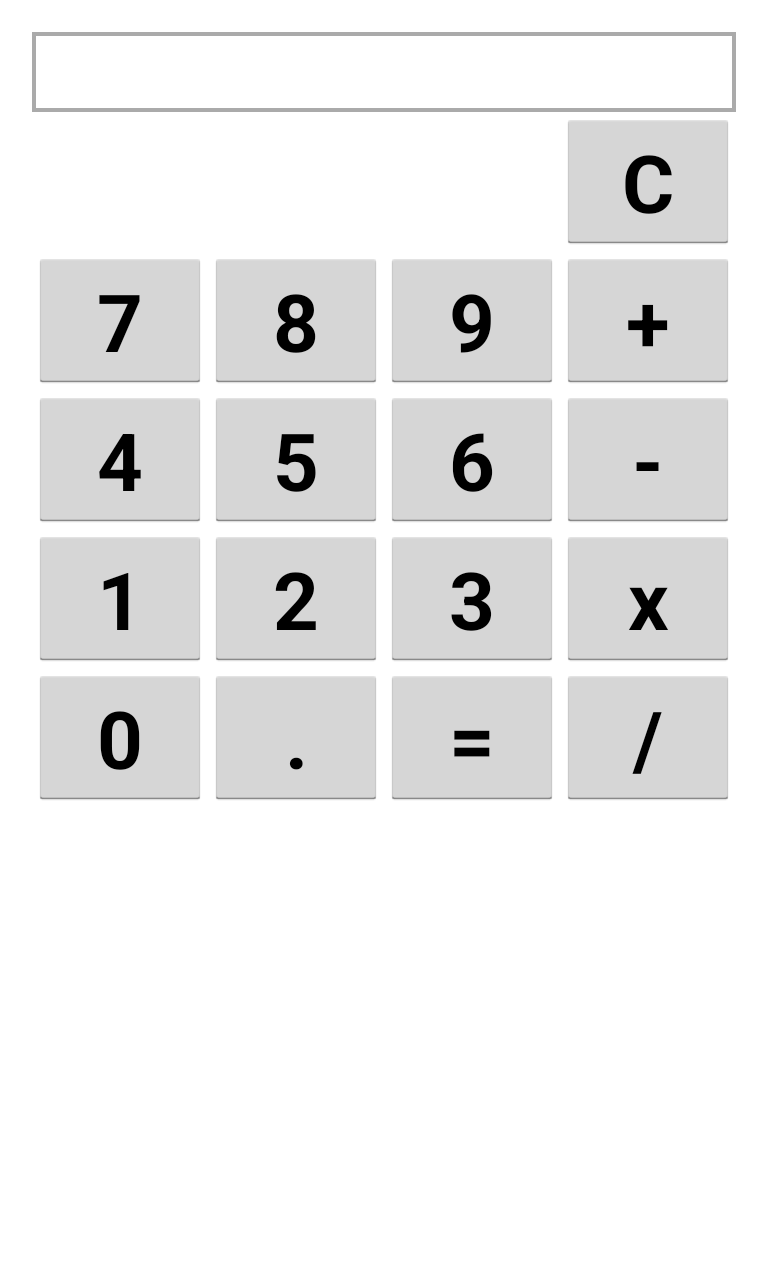
Repository: G3rcar/Android-I
Layout: SimpleCalculator/res/layout/activity_main.xml
The author's editor kept a copy of each file at every save. The layout is drawn from the files as they stood at one save, then again after the next save.
It is drawn on a 768 x 1280 px phone screen (xhdpi) without system bars, with theme AppTheme; the app's code is not run.

Above is the layout before, as saved 2013-11-09 18:10:12.

### SimpleCalculator/res/layout/activity_main.xml
<ScrollView xmlns:android="http://schemas.android.com/apk/res/android"
    xmlns:tools="http://schemas.android.com/tools"
    android:id="@+id/ScrollView1"
    android:layout_width="match_parent"
    android:layout_height="wrap_content"
    android:paddingBottom="@dimen/activity_vertical_margin"
    android:paddingLeft="@dimen/activity_horizontal_margin"
    android:paddingRight="@dimen/activity_horizontal_margin"
    android:paddingTop="@dimen/activity_vertical_margin" >

    <LinearLayout
        android:layout_width="match_parent"
        android:layout_height="wrap_content"
        android:orientation="vertical" >

        <TextView
            android:id="@+id/txvOperaciones"
            style="@style/operacionesTexto"
            android:layout_width="match_parent"
            android:layout_height="40dp" />

        <LinearLayout
            android:layout_width="match_parent"
            android:layout_height="wrap_content" >

            <TextView
                android:id="@+id/txvResultado"
                style="@style/resultadoNumero"
                android:layout_width="0dp"
                android:layout_weight="3"
                android:layout_height="match_parent" />

            <Button
                android:id="@+id/btnLimpiar"
                style="@style/botonNumero"
                android:layout_width="0dp"
                android:layout_height="wrap_content"
                android:layout_weight="1"
                android:text="@string/lblClear" />
        </LinearLayout>

        <LinearLayout
            android:layout_width="match_parent"
            android:layout_height="match_parent" >

            <Button
                android:id="@+id/btnSiete"
                style="@style/botonNumero"
                android:layout_width="0dp"
                android:layout_height="wrap_content"
                android:layout_weight="1"
                android:text="@string/lblNumSiete" />

            <Button
                android:id="@+id/btnOcho"
                style="@style/botonNumero"
                android:layout_width="0dp"
                android:layout_height="wrap_content"
                android:layout_weight="1"
                android:text="@string/lblNumOcho" />

            <Button
                android:id="@+id/btnNueve"
                style="@style/botonNumero"
                android:layout_width="0dp"
                android:layout_height="wrap_content"
                android:layout_weight="1"
                android:text="@string/lblNumNueve" />

            <Button
                android:id="@+id/btnMas"
                style="@style/botonNumero"
                android:layout_width="0dp"
                android:layout_height="wrap_content"
                android:layout_weight="1"
                android:text="@string/lblMas" />
        </LinearLayout>

        <LinearLayout
            android:layout_width="match_parent"
            android:layout_height="match_parent" >

            <Button
                android:id="@+id/btnCuatro"
                style="@style/botonNumero"
                android:layout_width="0dp"
                android:layout_height="wrap_content"
                android:layout_weight="1"
                android:text="@string/lblNumCuatro" />

            <Button
                android:id="@+id/btnCinco"
                style="@style/botonNumero"
                android:layout_width="0dp"
                android:layout_height="wrap_content"
                android:layout_weight="1"
                android:text="@string/lblNumCinco" />

            <Button
                android:id="@+id/btnSeis"
                style="@style/botonNumero"
                android:layout_width="0dp"
                android:layout_height="wrap_content"
                android:layout_weight="1"
                android:text="@string/lblNumSeis" />

            <Button
                android:id="@+id/btnMenos"
                style="@style/botonNumero"
                android:layout_width="0dp"
                android:layout_height="wrap_content"
                android:layout_weight="1"
                android:text="@string/lblMenos" />
        </LinearLayout>

        <LinearLayout
            android:layout_width="match_parent"
            android:layout_height="match_parent" >

            <Button
                android:id="@+id/btnUno"
                style="@style/botonNumero"
                android:layout_width="0dp"
                android:layout_height="wrap_content"
                android:layout_weight="1"
                android:text="@string/lblNumUno" />

            <Button
                android:id="@+id/btnDos"
                style="@style/botonNumero"
                android:layout_width="0dp"
                android:layout_height="wrap_content"
                android:layout_weight="1"
                android:text="@string/lblNumDos" />

            <Button
                android:id="@+id/btnTres"
                style="@style/botonNumero"
                android:layout_width="0dp"
                android:layout_height="wrap_content"
                android:layout_weight="1"
                android:text="@string/lblNumTres" />

            <Button
                android:id="@+id/btnMultiplicacion"
                style="@style/botonNumero"
                android:layout_width="0dp"
                android:layout_height="wrap_content"
                android:layout_weight="1"
                android:text="@string/lblMultiplicacion" />
        </LinearLayout>

        <LinearLayout
            android:layout_width="match_parent"
            android:layout_height="match_parent" >

            <Button
                android:id="@+id/btnCero"
                style="@style/botonNumero"
                android:layout_width="0dp"
                android:layout_height="wrap_content"
                android:layout_weight="1"
                android:text="@string/lblNumCero" />

            <Button
                android:id="@+id/btnPunto"
                style="@style/botonNumero"
                android:layout_width="0dp"
                android:layout_height="wrap_content"
                android:layout_weight="1"
                android:text="@string/lblPunto" />

            <Button
                android:id="@+id/btnIgual"
                style="@style/botonNumero"
                android:layout_width="0dp"
                android:layout_height="wrap_content"
                android:layout_weight="1"
                android:text="@string/lblIgual" />

            <Button
                android:id="@+id/btnDivision"
                style="@style/botonNumero"
                android:layout_width="0dp"
                android:layout_height="wrap_content"
                android:layout_weight="1"
                android:text="@string/lblDivision" />
        </LinearLayout>
    </LinearLayout>

</ScrollView>

### SimpleCalculator/res/values/styles.xml
<resources xmlns:android="http://schemas.android.com/apk/res/android">

    <!--
        Base application theme, dependent on API level. This theme is replaced
        by AppBaseTheme from res/values-vXX/styles.xml on newer devices.
    -->
    <style name="AppBaseTheme" parent="android:Theme.Light">
        <!--
            Theme customizations available in newer API levels can go in
            res/values-vXX/styles.xml, while customizations related to
            backward-compatibility can go here.
        -->
    </style>

    <!-- Application theme. -->
    <style name="AppTheme" parent="AppBaseTheme">
        <!-- All customizations that are NOT specific to a particular API-level can go here. -->
    </style>
    <style name="botonNumero">
        <item name="android:textSize">40sp</item>
        <item name="android:textStyle">bold</item>
    </style>

    <style name="resultadoNumero">
        <item name="android:textSize">35sp</item>
        <item name="android:gravity">right|center</item>
        <item name="android:paddingRight">5dp</item>
    </style>
    <style name="operacionesTexto">
        <item name="android:textSize">15sp</item>
        <item name="android:gravity">left|center</item>
        <item name="android:paddingLeft">5dp</item>
        <item name="android:background">@drawable/border</item>

    </style>



</resources>

### SimpleCalculator/res/values/strings.xml
<?xml version="1.0" encoding="utf-8"?>
<resources>

    <string name="app_name">Simple Calculator</string>
    <string name="action_settings">Settings</string>
    <string name="hello_world">Hello world!</string>
    <string name="lblNumSiete">7</string>
    <string name="lblNumOcho">8</string>
    <string name="lblNumNueve">9</string>
    <string name="lblMas">+</string>
    <string name="lblNumCuatro">4</string>
    <string name="lblNumCinco">5</string>
    <string name="lblNumSeis">6</string>
    <string name="lblMenos">-</string>
    <string name="lblNumUno">1</string>
    <string name="lblNumDos">2</string>
    <string name="lblNumTres">3</string>
    <string name="lblMultiplicacion">x</string>
    <string name="lblNumCero">0</string>
    <string name="lblPunto">.</string>
    <string name="lblIgual">=</string>
    <string name="lblDivision">/</string>
    <string name="lblClear">C</string>

</resources>

### SimpleCalculator/res/drawable/border.xml
<?xml version="1.0" encoding="utf-8"?>
<shape xmlns:android="http://schemas.android.com/apk/res/android" >
	<solid android:color="#ffffff" />
	<stroke android:width="2dp" android:color="#AAAAAA"/>
</shape>

Loaded but not shown: SimpleCalculator/res/values-v11/styles.xml (common file); SimpleCalculator/res/values-v14/styles.xml (common file); SimpleCalculator/res/values/dimens.xml (common file)

After the next save:
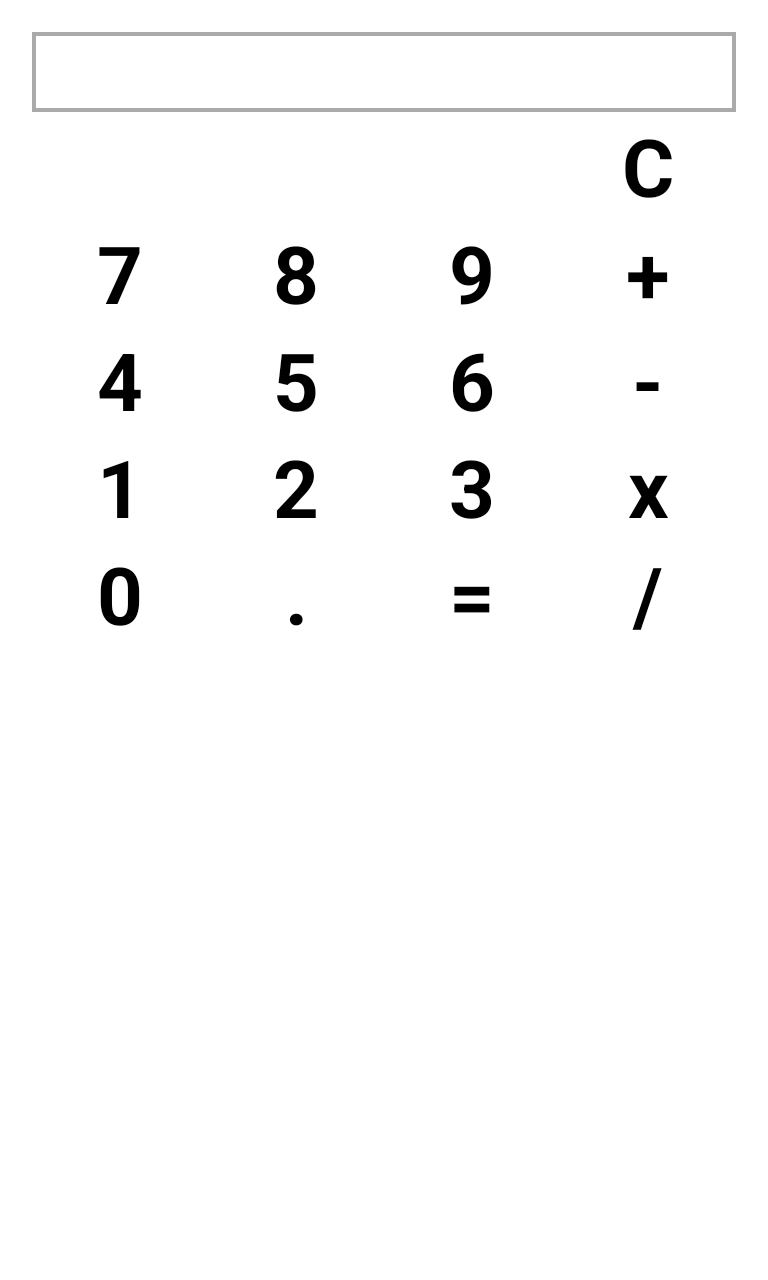
Saved 53 s later.
--- a/SimpleCalculator/res/values/styles.xml
+++ b/SimpleCalculator/res/values/styles.xml
@@ -19,6 +19,7 @@
     <style name="botonNumero">
         <item name="android:textSize">40sp</item>
         <item name="android:textStyle">bold</item>
+        <item name="android:background"/>
     </style>
 
     <style name="resultadoNumero">
